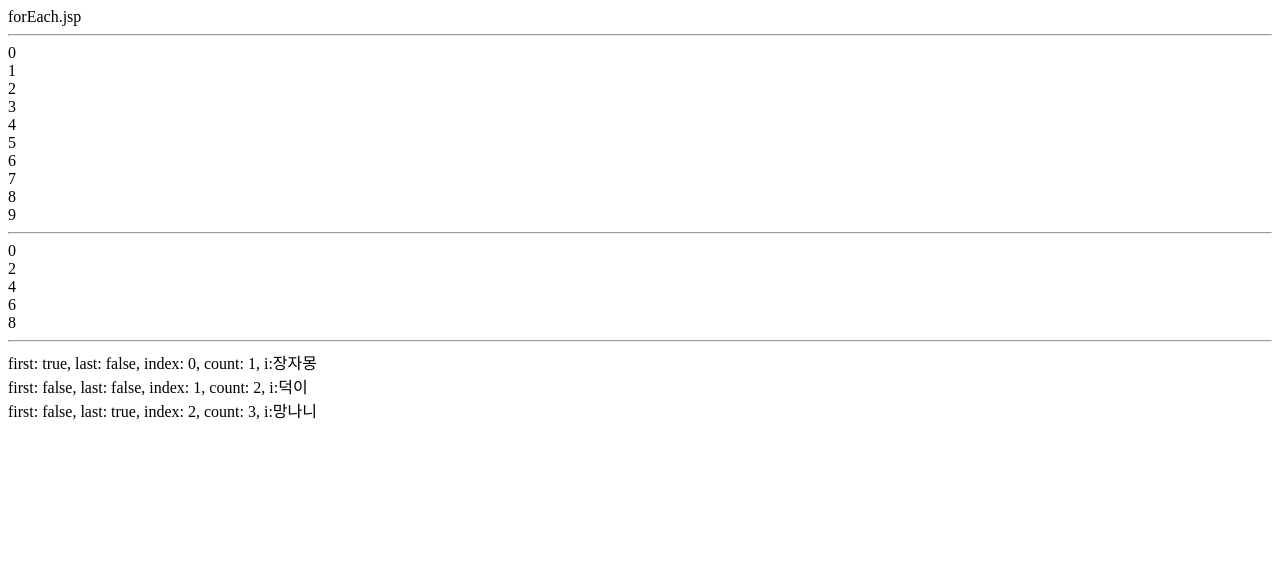
Repository: cartoon1110/KosaSwCourse
Page: http://localhost/JSPprogramming/ch11/forEach.jsp
The author's editor kept a copy of each file at every save. The page is drawn from the files as they stood at one save, then again after the next save.
The browser window is 1280 px wide. The pictures show the whole page.
The page is served by Tomcat 9. Other server files are loaded and not shown.

Above is the page before, as saved 2015-08-29 08:15:51.

### workspace-web/JSPprogramming/WebContent/ch11/forEach.jsp
<%@ page contentType="text/html; charset=UTF-8"%>
<%@ page import="java.util.*" %>
<%@ taglib prefix="c" uri="http://java.sun.com/jsp/jstl/core" %>

<!DOCTYPE html >
<html>
	<head>
		<meta charset="UTF-8">
		<title>Insert title here</title>
	</head>


	<body>
		forEach.jsp
		<hr/>

		<c:forEach var="i" begin="0" end="9">
			${ i} <br/>
		</c:forEach>
		<hr/>


		<c:forEach var="i" begin="0" end="9" step="2">
			${ i} <br/>
		</c:forEach>

		<hr/>
		<%
		List<String> names=new ArrayList<String>();
		names.add("장자몽");
		names.add("덕이");
		names.add("망나니");

		request.setAttribute("names",names);
		%>

		<c:forEach var="i" items="${names}" varStatus="status">
			first: ${status.first},
			last: ${status.last },
			index: ${status.index},
			count: ${status.count},
			i:${i} <br/>
		</c:forEach>

	</body>
</html>

After the next save:
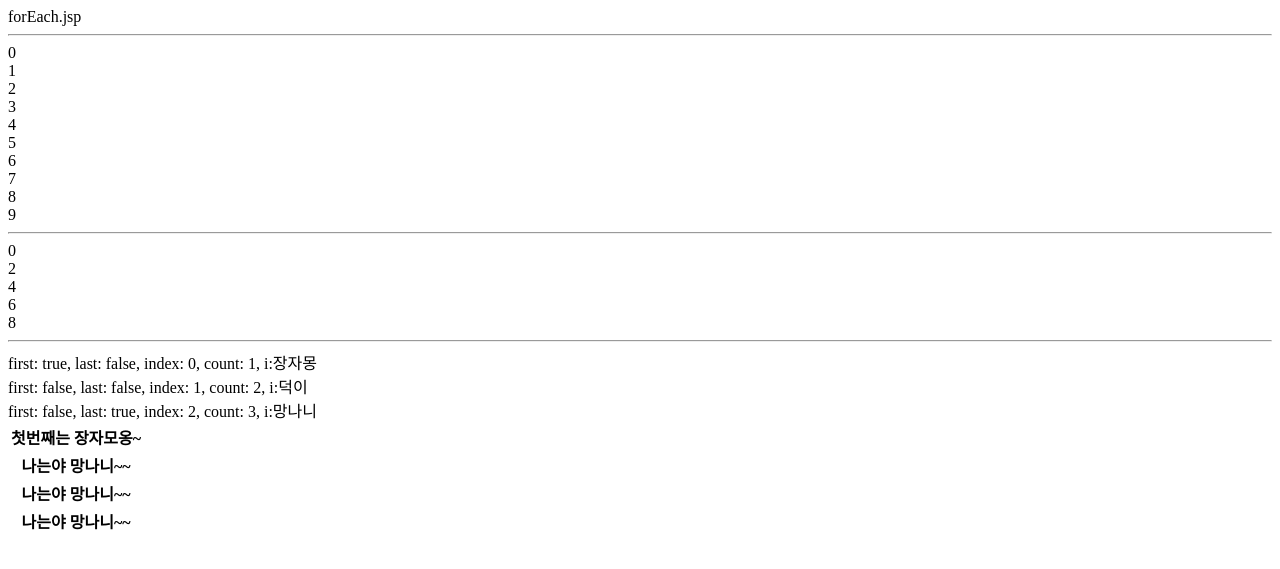
Saved 6 min 3 s later.
--- a/workspace-web/JSPprogramming/WebContent/ch11/forEach.jsp
+++ b/workspace-web/JSPprogramming/WebContent/ch11/forEach.jsp
@@ -34,6 +34,7 @@
 		request.setAttribute("names",names);
 		%>
 
+
 		<c:forEach var="i" items="${names}" varStatus="status">
 			first: ${status.first},
 			last: ${status.last },
@@ -42,5 +43,20 @@
 			i:${i} <br/>
 		</c:forEach>
 
+		<c:forEach var="i" items="${names}" varStatus="status">
+			<c:if test="${status.first }">
+				<table>
+					<tr>
+						<th>첫번째는 장자모옹~</th>
+					</tr>
+			</c:if>
+					<tr>
+						<th>나는야 망나니~~</th>
+					</tr>
+			<c:if test="${status.last}">
+				</table>
+			</c:if>
+		</c:forEach>
+
 	</body>
 </html>
